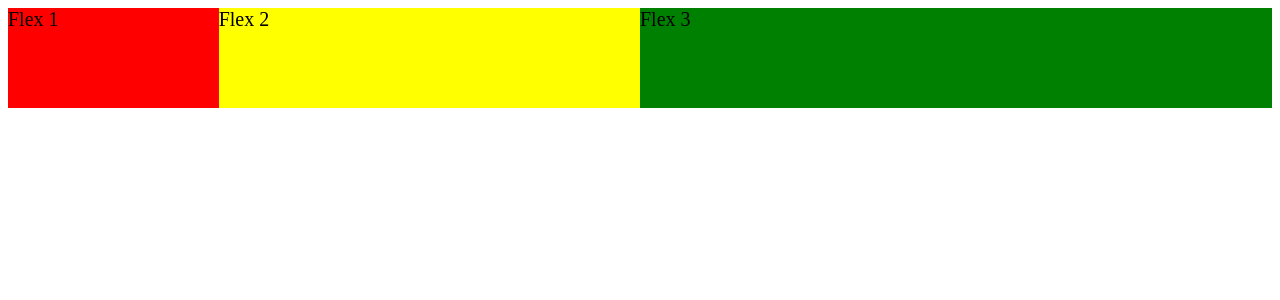
Repository: Kubraaygun/Html_Css_Login
Page: index.html
An editor plug-in stored every save of this project. The page is shown before and after the next save, followed by the edit.
The browser window is 1280 px wide. The pictures show the whole page.

Above is the page before, as saved 2025-03-04 19:58:27.

### index.html
<!DOCTYPE html>
<html lang="en">
  <head>
    <meta charset="UTF-8" />
    <meta name="viewport" content="width=device-width, initial-scale=1.0" />
    <title>HTML</title>
    <link rel="stylesheet" href="style.css" />
  </head>

  <body>
    <div class="contaien" style="display: flex; height: 100px">
      <div style="background-color: red; flex: 1">Flex 1</div>
      <div style="background-color: yellow; flex: 2">Flex 2</div>
      <div style="background-color: green; flex: 3">Flex 3</div>
    </div>
  </body>
</html>

### style.css
body {
  font-size: 20px;
}
.h1:hover {
  background-color: purple;
}
#h1:hover {
  color: purple;
}
.link:hover {
  text-decoration: none;
}

ol {
  background-color: aqua;
  border: 10px groove red;
}
ul {
  background-color: green;
  margin: 50px 20px 9px 30px;
  border-radius: 30px 50px 1px 50px;
}

li {
  background-color: yellow;
  margin: 10px;
  padding: 10px;
}

After the next save:
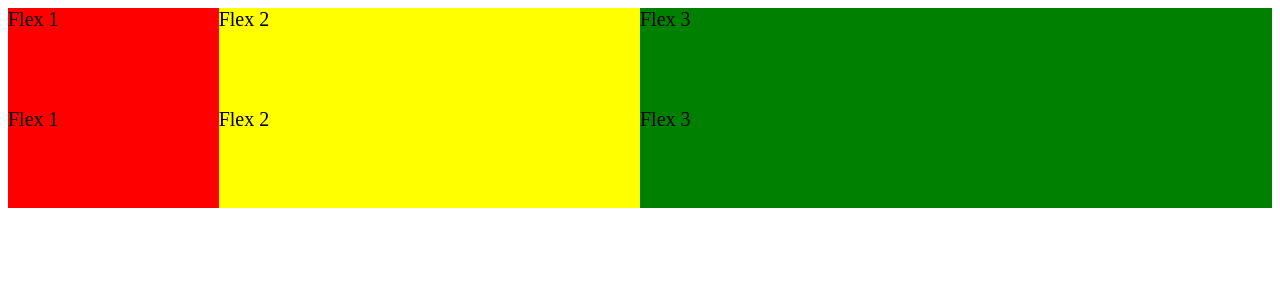
Saved 25 s later.
--- a/index.html
+++ b/index.html
@@ -13,5 +13,11 @@
       <div style="background-color: yellow; flex: 2">Flex 2</div>
       <div style="background-color: green; flex: 3">Flex 3</div>
     </div>
+
+    <div class="contaien" style="display: flex; height: 100px">
+      <div style="background-color: red; flex: 1">Flex 1</div>
+      <div style="background-color: yellow; flex: 2">Flex 2</div>
+      <div style="background-color: green; flex: 3">Flex 3</div>
+    </div>
   </body>
 </html>
